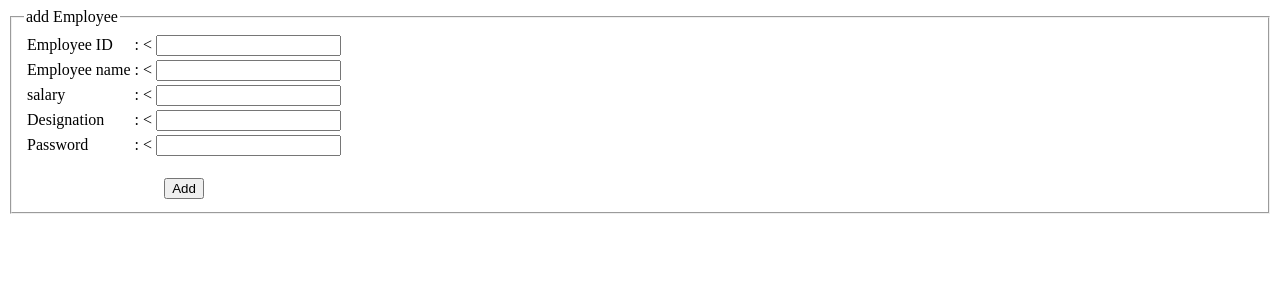
Repository: MamathaManchala/TY_CG_HTD_BangloreNovember_JFS_MamathaManchala
Page: BackEnd/servelets/mywebapp/src/main/webapp/addEmp.html
An editor plug-in stored every save of this project. The page is shown before and after the next save, followed by the edit.
The browser window is 1280 px wide. The pictures show the whole page.

Above is the page before, as saved 2019-12-17 09:47:42.

After the next save:
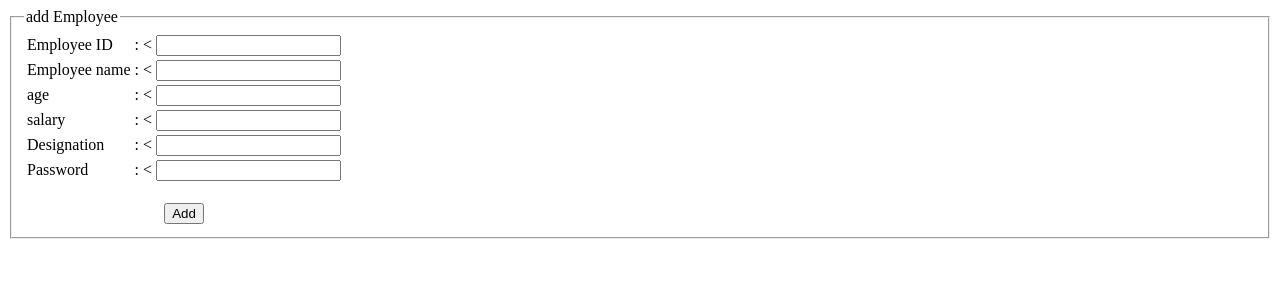
Saved 35 s later.
--- a/BackEnd/servelets/mywebapp/src/main/webapp/addEmp.html
+++ b/BackEnd/servelets/mywebapp/src/main/webapp/addEmp.html
@@ -19,6 +19,12 @@
 
 				<tr>
 					<td>Employee name</td>
+					<td>:</td>
+					<td>< <input type="number" name="empId" required>
+				</tr>
+
+				<tr>
+					<td>age</td>
 					<td>:</td>
 					<td>< <input type="number" name="empId" required>
 				</tr>
